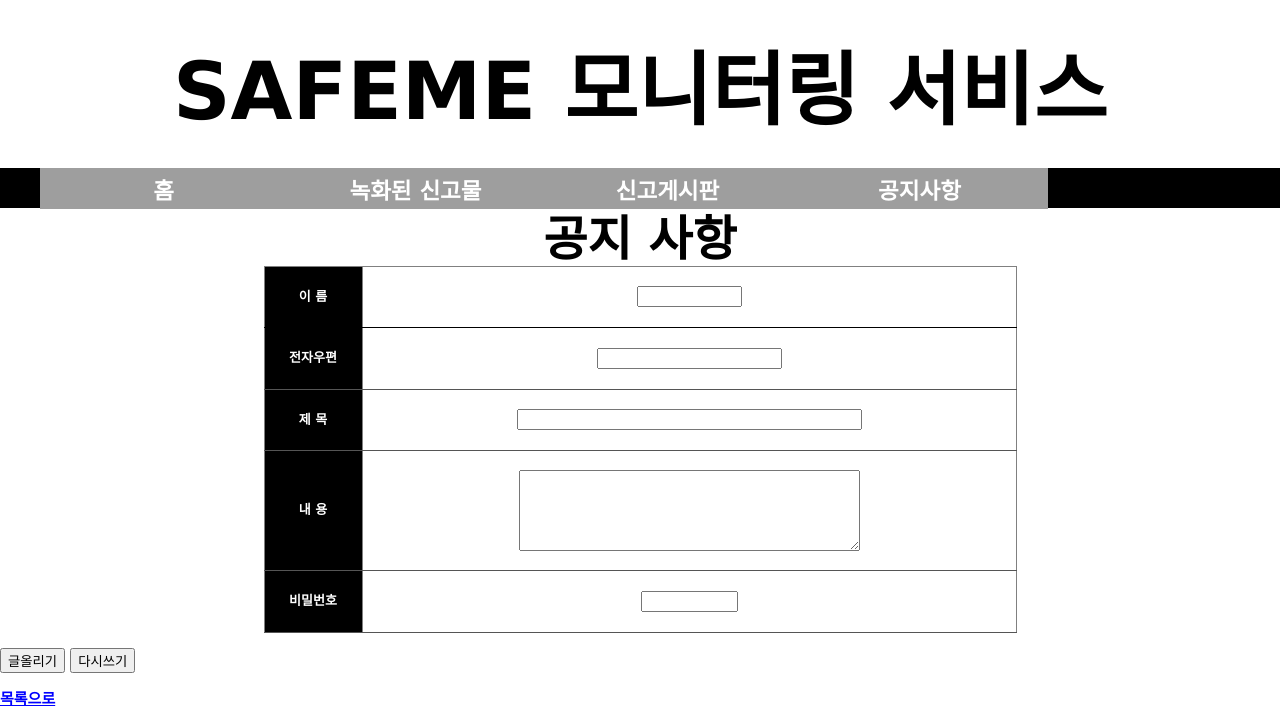
Repository: imdasom/SafeMe
Page: http://localhost/SafeMe/homepage/write1.jsp
An editor plug-in stored every save of this project. The page is shown before and after the next save, followed by the edit.
The browser window is 1280 px wide. The pictures show the whole page.
Pictures or frames that could not be fetched are drawn as grey boxes. The page is served by Tomcat 9.

Above is the page before, as saved 2015-12-15 19:16:12.

### FinalSafeMeWeb/SafeMe/homepage/write1.jsp
<%@ page language="java" contentType="text/html; charset=UTF-8" pageEncoding="UTF-8" trimDirectiveWhitespaces="true"%>
<!DOCTYPE html PUBLIC "-//W3C//DTD HTML 4.01 Transitional//EN" "http://www.w3.org/TR/html4/loose.dtd">
<html>
<head>
<jsp:include page="Home.jsp" flush="false" /><br /><br />
<style>
tbody tr:first-child {
    color: #000;
}

table {
    border-collapse: collapse;
    border-bottom-color: #000;
}
</style>




<title>공지사항</title>
<script language=javascript>
        function check() {
                if(document.myform.b_name.value.length==0) {
                        alert("이름을 써주세요");
                        myform.w_name.focus();
                        return false;
                }
                if(document.myform.b_title.value.length==0) {
                        alert("제목을 써주세요.");
                        myform.b_title.focus();
                        return false;
                }
                if(document.myform.b_content.value.length==0) {
                        alert("내용을 써주세요.");
                        myform.b_content.focus();
                        return false;
                }
                if(document.myform.b_pwd.value.length==0) {
                        alert("수정시 필요한 비밀번호를 써주세요.");
                        myform.b_pwd.focus();
                        return false;
                }
                document.myform.submit();
        }
</script>
</head>

<body bgcolor="white" text="black" link="blue" vlink="red" alink="red">

<p align="center"><font color="#00000" size="30"><font size="30"></font><b>공지 사항</b></font>
<table border="1" cellpadding="4" align="center">
    <tr>
        <td width="89" bgcolor="#00000"><p align="center"><font size="2" color="white">이
            름</font></td>
        <td width="645"><form name="myform" method="post" action=write_act1.jsp>
            <p><input type="text" name="b_name" maxlength="10" size="10"></td>
    </tr>
    <tr>
        <td width="89" bgcolor="#00000"><p align="center"><font size="2" color="white">전자우편
</font></td>
        <td width="645" style="text-align:none;"><p><input type="text" name="b_mail" maxlength="30"></td>
    </tr>
    <tr>
        <td width="89" bgcolor="#00000"><p align="center"><font size="2" color="white">제
            목</font></td>
        <td width="645"><p><input type="text" name="b_title" maxlength="60"
size="40"></td>
    </tr>
    <tr>
        <td width="89" bgcolor="#00000"><p align="center"><font size="2" color="white">내
            용</font></td>
        <td width="645"><p><textarea name="b_content" rows="5"
cols="40"></textarea></td>
    </tr>
    <tr>
        <td width="89" bgcolor="#00000"><p align="center"><font size="2" color="white">비밀번호
</font></td>
        <td width="645"><p><input type="password" name="b_pwd" maxlength="12"
             size="9"></td>
    </tr>
</table>
<p><input type="button" value="글올리기" onclick="check()"> <input
 type="reset" value="다시쓰기">
</p></form>
<a href="list1.jsp"> 목록으로 </a>



</body>
</html>

### FinalSafeMeWeb/SafeMe/homepage/Home.jsp
<%@ page language="java" contentType="text/html; charset=EUC-KR"
	pageEncoding="EUC-KR"%>
<!DOCTYPE html PUBLIC "-//W3C//DTD HTML 4.01 Transitional//EN" "http://www.w3.org/TR/html4/loose.dtd">
<html xmlns="http://www.w3.org/1999/xhtml">
<head>
<meta http-equiv="Content-Type" content="text/html; charset=iso-8859-1" />
<title>대한민국 치안 방지 프로젝트</title>
<style type="text/css">
<!--
body {
	margin: 0;
	padding: 0;
	font: bold 15px/1.5em 맑은 고딕, Verdana, Arial, Helvetica, sans-serif;
}

h2 {
	font: bold 80px 맑은 고딕, Verdana, Arial, Helvetica, sans-serif;
	color: #000;
	margin: 26px;
	padding: 0px 0px 0px 0px;
}

/*- Menu Tabs E--------------------------- */
#tabsE {
	float: left;
	width: 100%;
	background: #000;
	font-size: 150%;
	line-height: normal;
	height: 40px;
}

#tabsE ul {
	margin: 0;
	/* padding:10px 10px 0 50px; */
	list-style: none;
	text-align: center;
}

#tabsE li {
	display: inline;
	margin: 0;
	padding: 0;
}

#tabsE a {
	float: left;
	background: url("tableftE.gif") no-repeat left top;
	margin: 0;
	padding: 0 0 0 4px;
	text-decoration: none;
	width: 20%;
}

#tabsE a span {
	float: left;
	display: block;
	background: url("tabrightE.gif") no-repeat right top;
	padding: 5px 15px 4px 6px;
	color: #FFF;
}
/* Commented Backslash Hack hides rule from IE5-Mac \*/
#tabsE a span {
	float: none;
}
/* End IE5-Mac hack */
#tabsE a:hover span {
	color: #FFF;
}

#tabsE a:hover {
	background-position: 0% -42px;
}

#tabsE a:hover span {
	background-position: 100% -42px;
}

#tabsE #current a {
	background-position: 0% -42px;
}

#tabsE #current a span {
	background-position: 100% -42px;
}

--> /* 게시판 css */
table {
	border-collapse: collapse;
	border-bottom-color: #000;
	text-align: center;
}

tbody tr:first-child {
	color: #000;
	text-align: center;

}

thead {
	background-color: #f4f4f4; /* border-bottom:1px solid #f4f4f4; */
}

tbody tr:hover {
	cursor: pointer;
}

tbody tr:first-child th {
	background: #000;
}

tbody tr:first-child th p font {
	color: #fff;
}


tbody tr:not(:FIRST-CHILD){
	border-bottom: 1px solid #555;
}

tbody tr:not(:first-child) th p a {
	text-decoration: none;
}

</style>
</head>
<body>

	<h2 style="text-align: center;">SAFEME 모니터링 서비스</h2>
	<div id="tabsE">
		<ul>
			<!-- CSS Tabs -->
			<li><a href="HomeImage.jsp"><span>홈</span></a></li>
			<li><a href="recordkesipan.jsp"><span>녹화된 신고물</span></a></li>
			<li><a href="sinkokyesipan.jsp"><span>신고게시판</span></a></li>
			<li><a href="list1.jsp"><span>공지사항</span></a></li>

		</ul>
	</div>

</body>

</html>

After the next save:
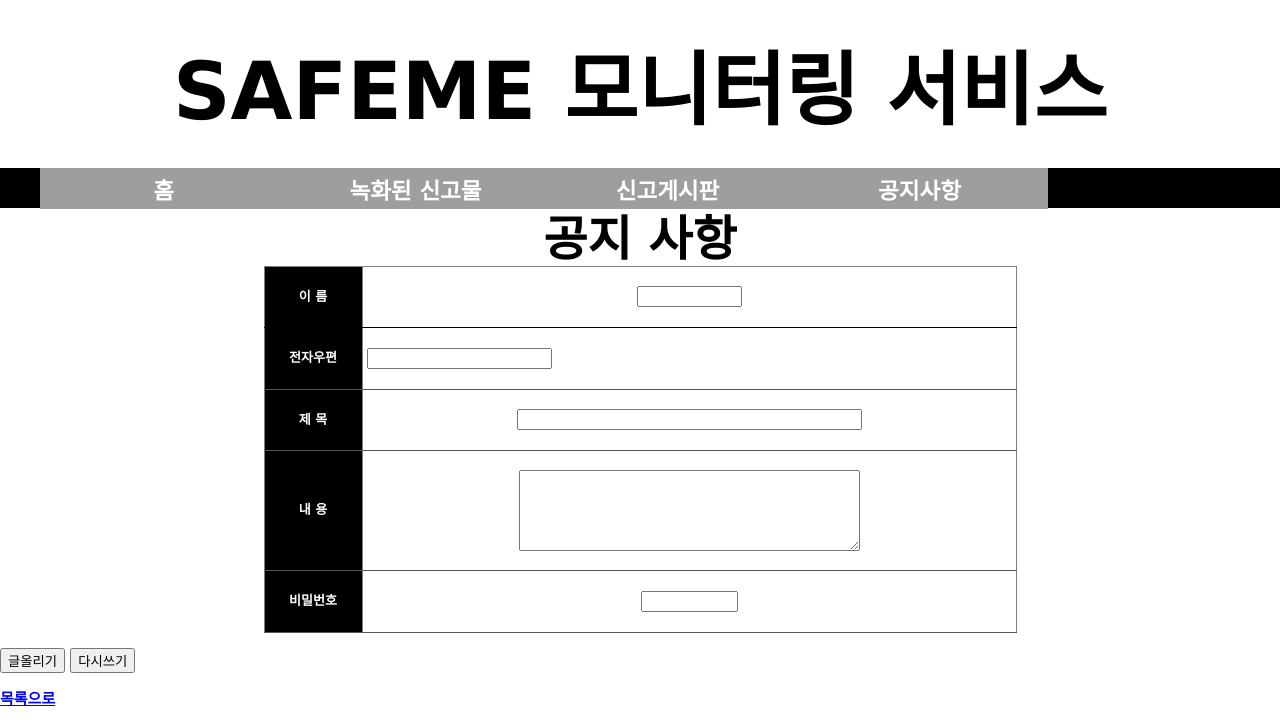
Saved 7 s later.
--- a/FinalSafeMeWeb/SafeMe/homepage/write1.jsp
+++ b/FinalSafeMeWeb/SafeMe/homepage/write1.jsp
@@ -58,7 +58,7 @@ table {
     <tr>
         <td width="89" bgcolor="#00000"><p align="center"><font size="2" color="white">전자우편
 </font></td>
-        <td width="645" style="text-align:none;"><p><input type="text" name="b_mail" maxlength="30"></td>
+        <td width="645" style="text-align:left;"><p><input type="text" name="b_mail" maxlength="30"></td>
     </tr>
     <tr>
         <td width="89" bgcolor="#00000"><p align="center"><font size="2" color="white">제
